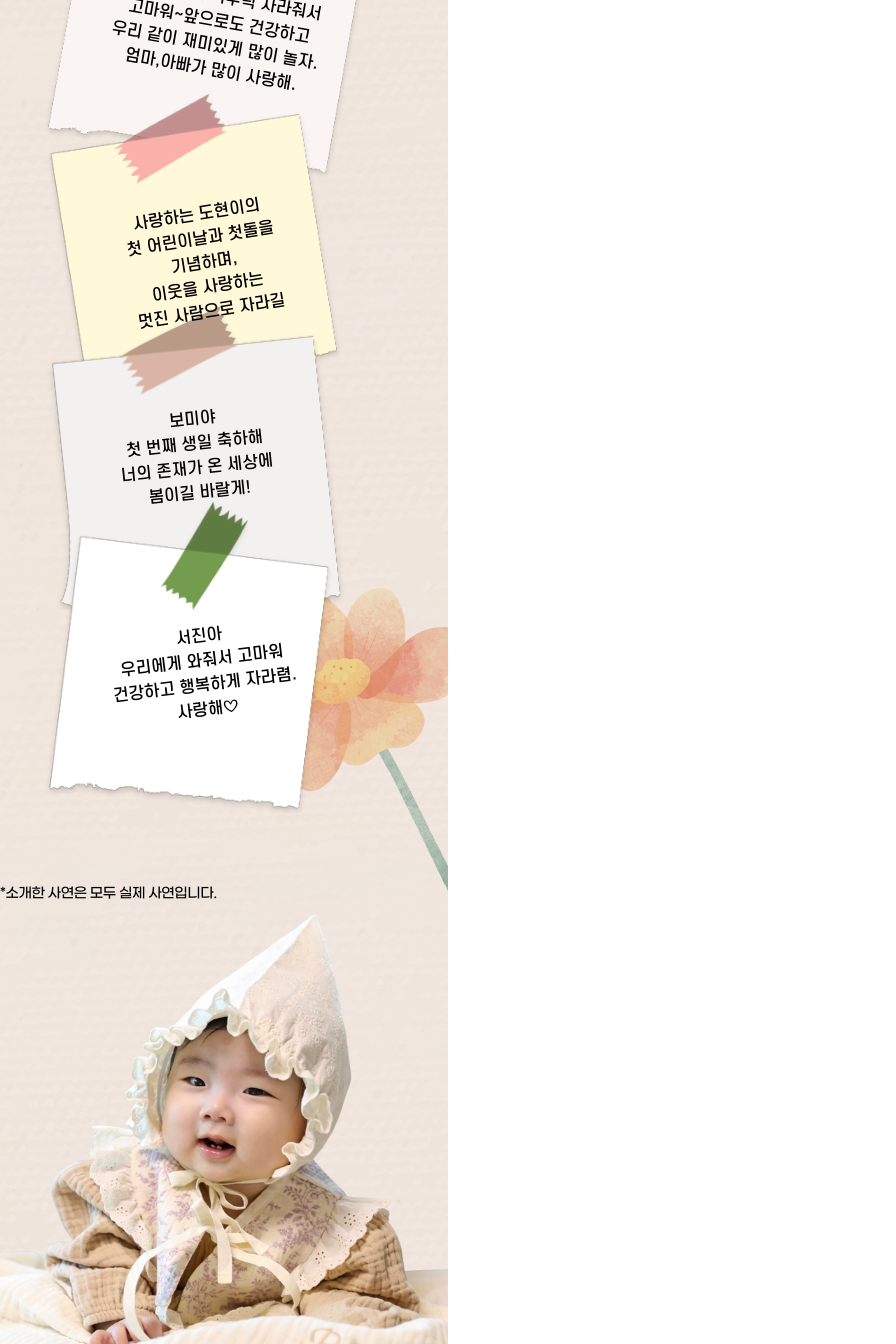
Repository: dlgywls1130/save_children_m
Page: index.html
An editor plug-in stored every save of this project. The page is shown before and after the next save, followed by the edit.
The browser window is 1280 px wide. The pictures show the part of the page from y = 1658 to 3578 px (the page is 9658 px tall), at 70% of full size.

Above is the page before, as saved 2023-12-13 19:10:14.

### index.html
<!DOCTYPE html>
<html lang="en">
<head>
    <meta charset="UTF-8">
    <meta name="viewport" content="width=device-width, initial-scale=1.0">
    <title>세이브더칠드런</title>

    <link rel="stylesheet" href="./css/reset.css">
    <link rel="stylesheet" href="./css/style.css">

</head>
<body>
    <div class="content_body">
        <section class="section_wrapper section01">
            <div class="se01 se_wrapper">
                <div class="se01_sub">
                    <div class="sub_logo">
                        <img src="./img/logo01.png" alt="logo">
                    </div>
                    <p>우리 아기 좋은 날 기부</p>
                </div>
                <p class="seo01_title">
                    아가야,
                </p>
                <p class="seo01_title_two">
                    너의 <span id="rollingText">탄생</span> 순간을 축하해!
                </p>
                <p class="section_descript mb-45">
                    아이의 건강과 행복을
                    <br>바라는 마음을 담아,
                    <br>탄생, 백일, 첫 걸음마, 첫돌 등
                    <br>내 아이의 소중한 순간을
                    <br>기부로 기념해보세요.
                    <br>함께 자라나는 다른 아이들
                    <br>에게도 큰 축복이 됩니다..
                </p>

                <a class="donation_link" href="javascript:void(0)">우리 아기 좋은 날 기부</a>
            </div>
        </section>
        <section class="section_wrapper section02">
            <div class="se02 se_wrapper">
                <div class="postit_wrapper">
                    <div class="postit postit01">
                        <p>우리 아들 우현이의<br>
                        200일을 축하해.<br>
                        건강하게 자라줘서 고마워 ❤<br>
                        늘 사랑받고 받은 사랑만큼<br>
                        베풀 수 있는 건강하고<br>
                        멋진 아들이 되길 바래!</p>
                    </div>
                    <div class="postit postit02">
                        <p>우리 새로아<Br>
                        백일 동안 무럭무럭 자라줘서<Br>
                        고마워~앞으로도 건강하고<Br>
                        우리 같이 재미있게 많이 놀자.<Br>
                        엄마,아빠가 많이 사랑해.</p>
                    </div>

                    <div class="postit postit05">
                        <p>사랑하는 도현이의<br>
                        첫 어린이날과 첫돌을<br>
                        기념하며, <br>
                        이웃을 사랑하는<br>
                        멋진 사람으로 자라길</p>

                    </div>
                    <div class="postit postit04">
                        <p>보미야<br>
                        첫 번째 생일 축하해<br>
                        너의 존재가 온 세상에<br>
                        봄이길 바랄게!   </p>
                    </div>

                    <div class="postit postit03">
                        <p>서진아<br>
                        우리에게 와줘서 고마워<br>
                        건강하고 행복하게 자라렴.<br>
                        사랑해♡      </p>
                    </div>

                </div>
                <p class="ex_text">*소개한 사연은 모두 실제 사연입니다.</p>

            </div>
        </section>
        <section class="section_wrapper section03">
            <div class="se_wrapper se03">
                <div class="se_title_co">
                    아기의 좋은 날을 기념해 주신 모든 분들께
                    <br>후원감사증서를 보내드립니다.
                </div>
                <div class="se_sub_co">
                    후원감사증서는 아기에게 남기고 싶은 메시지와 아기의 좋은 날이 담긴 사진을 보관할 수 있도록
                    <br>만들어드립니다. 먼 훗날, 아기가 성장해 읽게 될 날을 그리며 편지를 써보세요.
                </div>
            </div>

        </section>
        <section class="section_wrapper section04">
            <div class="se_wrapper se04">
                <div class="se_title_co">
                    이름 자수 순면거즈블랭킷
                </div>
                <div class="se_sub_co">
                    30만원 이상 후원하신 분들께는 순면 거즈 아기 블랭킷(90*110)에
                    <Br>원하시는 이름(영문)을 예쁘게 수놓아 드립니다.
                </div>

                <div class="se04_slide mt-85">
                    <div class="se04_slide_list">
                        <img src="./img/slide01.jpg">
                    </div>
                    <div class="se04_slide_list">
                        <img src="./img/slide02.jpg">
                    </div>
                    <div class="se04_slide_list">
                        <img src="./img/slide03.jpg">
                    </div>
                </div>
            </div>
        </section>
        <section class="section_wrapper section05">
            <div class="se_wrapper se05">
                <div class="se_title_co">
                    후원신청 과정
                </div>

                <div class="se_step_list">
                    <div class="se_step">
                        <p class="step_number">1</p>
                        <div class="step_ico">
                            <img src="./img/icon01.png" alt="img">
                        </div>
                        <p class="step_descript">
                            후원신청하기
                        </p>
                    </div>
                    <div class="se_step">
                        <p class="step_number">2</p>
                        <div class="step_ico">
                            <img src="./img/icon02.png" alt="img">
                        </div>
                        <p class="step_descript">
                            후원감사증서
                            <br>메시지 적기
                        </p>
                    </div>
                    <div class="se_step">
                        <p class="step_number">3</p>
                        <div class="step_ico">
                            <img src="./img/icon03.png" alt="img">
                        </div>
                        <p class="step_descript">
                            신청완료
                        </p>
                    </div>
                    <div class="se_step">
                        <p class="step_number">4</p>
                        <div class="step_ico">
                            <img src="./img/icon04.png" alt="img">
                        </div>
                        <p class="step_descript">
                            후원감사증서 발송
                            <Br>(1주 이내)
                        </p>
                    </div>
                </div>

                <div class="se_sub_co mt-100">
                    30만원 이상 후원해 주신 경우,
                    <br>감사 선물 수령 주소 및 아기 블랭킷에 새겨질 문구 확인을 위한 문자가 발송됩니다.
                </div>

                <a class="donation_link" href="javascript:void(0)">우리 아기 좋은 날 기부</a>
            </div>

        </section>
        <section class="section_wrapper section06">
            <div class="se_wrapper se06">
                <div class="se_title_co">
                    후원금, 이렇게 쓰여요!
                </div>
                <div class="se_sub_co">
                    세이브더칠드런은 <span>국내외 아동을 위한 교육,
                    <Br>보호, 보건영양지원, 아동권리옹호</span> 등의 활동을 해나가고 있습니다.
                </div>
                <div class="se_sub_co">
                    보내주신 후원금은 정치, 종교, 인종에 관계없이 모든 아이를 구해야 한다는
                    <Br>세이브더칠드런의 신념에 따라 <span>가장 도움 필요한 아이를 위해 우선 사용</span>됩니다.
                </div>
            </div>

        </section>
        <section class="section_wrapper section07">
            <div class="se_wrapper se07">
                <div class="se_title_co">
                    FAQ
                </div>
                <div class="accordion">
                    <div class="accordion-item">
                        <h3 class="title">
                            <span>1. 30만원 이상 후원했습니다. 거즈 순면 블랭킷은 언제 오나요?</span>
                            <img src="./img/top.png">
                        </h3>
                        <p class="paragraph">
                            우리아기 축하기부로 30만원 이상 후원자님들께는 담요에 수놓을 아기 이름과
                            <Br>선물 수령 주소 확인을 위한 문자가 발송됩니다.
                            <br>02-6900-4479로 발송되는 문자 속 설문조사에 답해주세요.
                            <br>확인을 완료하신 분들께는 블랭킷 제작을 담당하고 있는 조니 스튜디오에서
                            <br>아기 이름 자수 작업 완료 후 배송해 드립니다.

                        </p>
                    </div>
                    <div class="accordion-item">
                        <h3 class="title">
                            <span>2. 거즈 순면 블랭킷, 안전한 제품인가요?</span>
                            <img src="./img/top.png">
                        </h3>
                        <p class="paragraph">
                            본 블랭킷은 워싱된 3중 거즈로 제작되었으며, KC안전검사를 완료하였습니다.
                            소재 특성상 섬유 조각이 발생할 수 있어 망에 넣지 않고 3번 정도 물빨래 하시는 것을 권장합니다.

                        </p>
                    </div>
                    <div class="accordion-item">
                        <h3 class="title">
                            <span>3. 거즈 순면 블랭킷을 받았는 데 하자가 있어요. 어떻게 해야 하나요? </span>
                            <img src="./img/top.png">
                        </h3>
                        <p class="paragraph">
                            070-4220-4123 (조니스튜디오 CS)로 전화 연락 부탁드립니다. 하자 물품에 대한 교환은 수령일로부터 7일 이내에 조니스튜디오에 연락해주셔야 하며, 이로 인한 후원금 환불은 어렵습니다.
                        </p>
                    </div>
                    <div class="accordion-item">
                        <h3 class="title">
                            <span>4. 후원감사증서에 넣을 수 있는 사진 사이즈는 얼마인가요?</span>
                            <img src="./img/top.png">
                        </h3>
                        <p class="paragraph">
                            사진 인화 사이즈 5*7 인치에 맞추어서 제작되었습니다.  그보다 작은 사진일 경우, 후원감사증서
                            내부의 주머니에 넣어 보관하실 수도  있습니다.

                        </p>
                    </div>
                </div>
            </div>

        </section>
        <section class="section_wrapper section08">
            <div class="se_wrapper se08">
                <div class="se08_postion">
                    <p class="se08_title">우리 아기 좋은 날 기부</p>
                    <p class="se08_descript">
                        탄생, 백일, 첫 걸음마, 첫돌...
                        <br>소중한 우리 아기의 성장을 기념해 보세요!
                        <br>아기의 좋은 날이 모여 세상의 행복이 됩니다.
                    </p>
                    <a href="javascript:void(0)" class="more_btn">
                        <p>자세히보기</p>
                        <svg xmlns="http://www.w3.org/2000/svg" width="16" height="16" fill="currentColor" class="bi bi-chevron-right" viewBox="0 0 16 16">
                            <path fill-rule="evenodd" d="M4.646 1.646a.5.5 0 0 1 .708 0l6 6a.5.5 0 0 1 0 .708l-6 6a.5.5 0 0 1-.708-.708L10.293 8 4.646 2.354a.5.5 0 0 1 0-.708z"/>
                        </svg>
                    </a>
                </div>

            </div>
        </section>
    </div>

    <script src="https://ajax.googleapis.com/ajax/libs/jquery/1.12.4/jquery.min.js"></script>
    <script src="./js/main.js"></script>
</body>
</html>

### css/reset.css


html, body, div, span, applet, object, iframe,
h1, h2, h3, h4, h5, h6, p, blockquote, pre,
a, abbr, acronym, address, big, cite, code,
del, dfn, em, img, ins, kbd, q, s, samp,
small, strike, strong, sub, sup, tt, var,
b, u, i, center,
dl, dt, dd, ol, ul, li,
fieldset, form, label, legend,
table, caption, tbody, tfoot, thead, tr, th, td,
article, aside, canvas, details, embed,
figure, figcaption, footer, header, hgroup,
menu, nav, output, ruby, section, summary,
time, mark, audio, video {
	margin: 0;
	padding: 0;
	border: 0;
	font-size: 100%;
	font: inherit;
	vertical-align: baseline;
}

article, aside, details, figcaption, figure,
footer, header, hgroup, menu, nav, section {
	display: block;
}
body {
	line-height: 1;
}
ol, ul {
	list-style: none;
}
blockquote, q {
	quotes: none;
}
blockquote:before, blockquote:after,
q:before, q:after {
	content: '';
	content: none;
}
table {
	border-collapse: collapse;
	border-spacing: 0;
}

### css/style.css

/* root */
:root{
    --main-color:#B17A60;
    --pink-color:#F79497;
}


/* font */

/* dongle */
@font-face {
    font-family: 'Dongle';
    font-weight: 300;
    src: url('../font/Dongle-Light.ttf') format('ttf'),
    url('../font/Dongle-Light.woff') format('woff');
}

@font-face {
    font-family: 'Dongle';
    font-weight: 500;
    src: url('../font/Dongle-Regular.ttf') format('ttf'),
    url('../font/Dongle-Regular.woff') format('woff');
}

@font-face {
    font-family: 'Dongle';
    font-weight: 700;
    src: url('../font/Dongle-Bold.ttf') format('ttf'),
    url('../font/Dongle-Bold.woff') format('woff');
}


/* Gmarket */
@font-face {
    font-family: 'GmarketSans';
    font-weight: 300;
    src: url('../font/GmarketSansLight.ttf') format('ttf'),
    url('../font/GmarketSansLight.woff') format('woff');
}

@font-face {
    font-family: 'GmarketSans';
    font-weight: 500;
    src: url('../font/GmarketSansMedium.ttf') format('ttf'),
    url('../font/GmarketSansMedium.woff') format('woff');
}

@font-face {
    font-family: 'GmarketSans';
    font-weight: 700;
    src: url('../font/GmarketSansBold.ttf') format('ttf'),
    url('../font/GmarketSansBold.woff') format('woff');
}


/* nanumsqure */

@font-face {
    font-family: 'NanumSquare';
    font-weight: 400;
    src: url('../font/NanumSquareL.ttf') format('ttf'),
    url('../font/NanumSquareL.woff') format('woff');
}

@font-face {
    font-family: 'NanumSquare';
    font-weight: 500;
    src: url('../font/NanumSquareR.ttf') format('ttf'),
    url('../font/NanumSquareR.woff') format('woff');
}

@font-face {
    font-family: 'NanumSquare';
    font-weight: 600;
    src: url('../font/NanumSquareB.ttf') format('ttf'),
    url('../font/NanumSquareB.woff') format('woff');
}

@font-face {
    font-family: 'NanumSquare';
    font-weight: 700;
    src: url('../font/NanumSquareEB.ttf') format('ttf'),
    url('../font/NanumSquareEB.woff') format('woff');
}



/* scdream5 */
@font-face {
    font-family: 'SCDream5';
    src: url('../font/SCDream5.woff') format('woff'),
    url('../font/SCDream5.ttf') format('ttf'),
    url('../font/SCDream5.otf') format('otf');
}


.section_wrapper{
    max-width:1920px;
    width: 100%;

}

.se_wrapper{
    max-width: 640px;
    width: 100%;
    position: relative;
    box-sizing: border-box;
}


/* section01 */


.section01{
    background: url('../img/back01.jpg') no-repeat;
    height: 940px;

}

.se01{
    padding: 145px 10px 92px 60px;
    box-sizing: border-box;
}
.se01_sub{
    display: flex;
    align-items: center;
    margin-bottom: 70px;
}

.sub_logo{
    width: 125px;
    height: 40px;
    margin-right: 10px;
}

.sub_logo img{
    width: 100%;
    height: 100%;
    object-fit: contain;
}

.se01_sub p{
    width: 190px;
    height: 30px;
    background: #B17A60;
    border-radius: 15px;
    display: flex;
    align-items: center;
    justify-content: center;
    letter-spacing: -0.03em;
    font-size: 15px;
    font-weight: 700;
    font-family: 'GmarketSans',sans-serif;
    color: #fff;
}

.seo01_title{
    font-family: 'Dongle',sans-serif;
    font-weight: 500;
    font-size: 120px;
    color: var(--main-color);
    letter-spacing: -0.03em;
}

.seo01_title_two{
    font-family: 'Dongle',sans-serif;
    font-weight: 500;
    font-size: 90px;
    color: var(--main-color);
    letter-spacing: -0.03em;
    margin-top: -7%;
    margin-bottom: 50px;
    display: flex;
    align-items: center;
}

.seo01_title_two span{
    margin: 0 1.5rem;
}
.section_descript{
    font-size: 20x;
    line-height: 30px;
    font-family: 'GmarketSans';
    font-weight: 500;
    letter-spacing: -0.03em;
    color: #000;
}

.donation_link{
    width: 300px;
    height: 50px;
    border-radius: 100px;
    display: flex;
    align-items: center;
    justify-content: center;
    background: var(--pink-color);
    color: #fff;
    font-family: 'GmarketSans';
    font-size: 20px;
    font-weight: 700;
    letter-spacing: -0.03em;
    text-decoration: none;
    margin: 145px auto 0;
}


@keyframes roll {
    from {
        transform: translateY(40%);
        opacity: 0;
    }
    to {
        transform: translateY(0);
        opacity: 1;
    }
  }


  #rollingText.animate-text {
    animation: roll 0.5s ease-in-out;
}

/* section02 */

.section02{
    height: 2800px;
    background: url('../img/back02.jpg') no-repeat;
}

.se02{
    box-sizing: border-box;
    height: 100%;
}
.postit_wrapper{
    width: 100%;
    padding: 76px 60px 96px;
    position: relative;
}

.ex_text{
    font-family: 'GmarketSans';
    font-size: 20px;
    font-weight: 500;
    letter-spacing: -0.03em;
}


.postit p{
    font-family: 'SCDream5';
    font-size: 23px;
    line-height: 35px;
    text-align: center;
    display: flex;
    justify-content: center;
    align-items: center;
    height: 100%;
}

.postit01{
    background:url('../img/post04.png') no-repeat;
    width: 520px;
    height: 520px;
    background-size: contain;
    box-sizing: border-box;
}

.postit01 p{
    transform: rotate(358deg);
    padding-top: 20px;
}

.postit02{
    background: url('../img/post05.png') no-repeat;
    width: 510px;
    height: 510px;
    background-size: contain;
    box-sizing: border-box;
    margin-top: -19%;
}

.postit02 p{
    transform: rotate(10deg);
    padding-top: 20px;
}

.postit03{
    background:url('../img/post02.png') no-repeat;
    width: 459px;
    height: 459px;
    background-size: contain;
    box-sizing: border-box;
    margin-top: -25%;
}

.postit03 p{
    transform: rotate(-7deg);
    padding-top: 20px;
}

.postit04{
    background: url(../img/post03.png) no-repeat;
    width: 440px;
    height: 440px;
    background-size: cover;
    box-sizing: border-box;
    margin-top: -24%;
}

.postit04 p{
    transform: rotate(354deg);
}

.postit05{
    background:url('../img/post01.png') no-repeat;
    width: 460px;
    height: 460px;
    background-size: contain;
    box-sizing: border-box;
    margin-top: -22%;
}

.postit05 p{
    transform: rotate(-9deg);
    padding-top: 20px;
}

/* section03 */

.section03{
    height: 1340px;
    background: url('../img/back04.jpg') no-repeat;
}

.se03{
    padding: 123px 0 96px;
    box-sizing: border-box;
    height: 100%;
}


.se_title_co{
    font-size: 120px;
    line-height: 120px;
    letter-spacing: -0.03em;
    font-family: 'Dongle';
    font-weight: 500;
    color: var(--main-color);
    text-align: center;
}

.se_sub_co{
    font-size: 25px;
    letter-spacing: -0.03em;
    line-height: 50px;
    font-family: 'GmarketSans';
    font-weight: 500;
    text-align: center;
    margin-top: 50px;
}

/* section04 */

.section04{
    height: 1340px;
    background: url('../img/back05.jpg') no-repeat;
}

.se04{
    padding: 120px 0 130px;
    box-sizing: border-box;
    height: 100%;
}

.se04_slide{
    width: 944px;
    margin: 0 auto;
}


.slick-prev,
.slick-next {
    background: transparent;
    border: none;
    cursor: pointer;
    font-size: 0;
}

.slick-prev {

    width: 48px;
    height: 40px;
    position: absolute;
    left: -6%;
    top: 50%;
    transform: translateY(-50%);
    z-index: 1;
    background-size: contain;
}

.slick-next {

    width: 48px;
    height: 40px;
    position: absolute;
    right: -6%;
    top: 50%;
    transform: translateY(-50%);
    background-size: contain;
}

.slick-next  img,
.slick-prev img{
    width: 100%;
    height: 100%;
    object-fit: contain;
}

/* section05 */
.section05{
    height: 1080px;
    background: url('../img/back07.jpg') no-repeat;
}

.se05{
    padding: 150px 0 140px;
    box-sizing: border-box;
    height: 100%;
}

.se_step_list{
    display: flex;
    align-content: center;
    column-gap: 88px;
    margin-top: 90px;
    position: relative;
}

.se_step_list::after{
    position: absolute;
    content: '';
    top: 38%;
    transform: translate(0,-50%);
    border-top: 2px dashed var(--pink-color);
    width: 100%;
}

.se_step_list .se_step{
    position: relative;
}

.step_number{
    font-size: 25px;
    letter-spacing: -0.03em;
    line-height: 35px;
    font-weight: 700;
    font-family: 'GmarketSans';
    position: absolute;
    left: 19%;
    top: 0;
    color: var(--main-color);
    z-index: 2;
}

.se_step_list .se_step .step_ico{
    width: 200px;
    height: 200px;
    border-radius: 50%;
    background-color: #fff;
    display: flex;
    align-items: center;
    justify-content: center;
    position: relative;
    z-index: 1;
}

.se_step_list .se_step .step_ico img {
    width: 138px;
    height: 138px;
    object-fit: contain;
    object-position: 73%;
}

.step_descript{
    font-size: 20px;
    letter-spacing: -0.03em;
    line-height: 23px;
    font-weight: 500;
    font-family: 'GmarketSans';
    text-align: center;
    margin-top: 20px;
    color: var(--main-color);
}

.se_step_list .se_step:first-child .step_ico::before{
    display: none;
}

.se_step_list .se_step:last-child .step_ico::after{
    display: none;
}

.se_step_list .step_ico::before{
    position: absolute;
    content: '';
    top: 50%;
    left: -5px;
    transform: translate(0,-50%);
    width: 10px;
    height: 10px;
    border-radius: 50%;
    background-color: var(--pink-color);
}


.se_step_list .step_ico::after{
    position: absolute;
    content: '';
    top: 50%;
    right: -5px;
    transform: translate(0,-50%);
    width: 10px;
    height: 10px;
    border-radius: 50%;
    background-color: var(--pink-color);
}

/* section06 */
.section06{
    height:700px;
    background: url('../img/back06.jpg') no-repeat;
}

.se06{
    padding: 150px 0;
    height: 100%;
    box-sizing: border-box;
}


.se_sub_co span{
    font-weight: 700;
}
/* section07 */

.section07{
    height:1080px;
    background: url('../img/back02.jpg') no-repeat;
}

.se07{
    padding: 100px 0;
    height: 100%;
    box-sizing: border-box;
}


.accordion{
    margin-top: 80px;
}
.accordion-item {
    padding:15px 0;
    margin: 0;
    overflow: hidden;
}

.accordion-item .title {
    display: flex;
    justify-content: space-between;
    align-items: center;
    font-weight: 700;
    font-size: 30px;
    letter-spacing: -0.03em;
    cursor: pointer;
    width: 100%;
    height: 80px;
    border-radius: 50px;
    background-color: #fff;
    color: var(--main-color);
    padding: 0 30px;
    font-family: 'GmarketSans';
    box-sizing: border-box;
}

.accordion-item .title img {
    font-size: 0.9rem;
    color: #454545;
    transform: rotate(0);
    transition: transform 0.15s ease;
}

.accordion-item .paragraph {
    font-weight: 500;
    font-size: 25px;
    letter-spacing: -0.03em;
    color: #000;
    display: none;
    padding: 50px 70px 35px;
    list-style: inside;
    line-height: 50px;
    font-family: 'GmarketSans';
}

.accordion-item .paragraph .indent{
    text-indent: 1rem;
}


.accordion-item .paragraph span{
    font-weight: bold;
}

.accordion-item.active .title img{
    transform: rotate(180deg);
}

.accordion-item.active .paragraph {
    display: block;
}


/* section08 */

.section08{
    height:378px;
    background: url('../img/banner.jpg') no-repeat;
}
.se08{
    position: relative;
    height: 100%;
}

.se08_postion{
    position: absolute;
    top: 80px;
    left: 50%;
}

.se08_title{
    font-family: 'NanumSquare';
    font-weight: 600;
    font-size: 23px;
    letter-spacing: -0.05em;
    line-height: 50px;
    position: relative;
}

.se08_title::before{
    position: absolute;
    content: '';
    top: -7px;
    width: 32px;
    height: 3px;
    background-color:#543F2C;
    left: 0;
}

.se08_descript{
    font-family: 'NanumSquare';
    font-weight: 500;
    font-size: 19px;
    line-height: 28px;
    letter-spacing: -0.06em;
}

.more_btn{
    margin-top: 38px;
    width: 150px;
    height: 40px;
    background: #543F2C;
    display: flex;
    align-items: center;
    justify-content: center;
    text-decoration: none;
}

.more_btn p{
    font-family: 'NanumSquare';
    font-weight: 500;
    font-size: 18px;
    color: #fff;

}

.more_btn svg{
    fill: #fff;
}

Loaded but not shown: js/main.js (46 lines, source omitted)

After the next save:
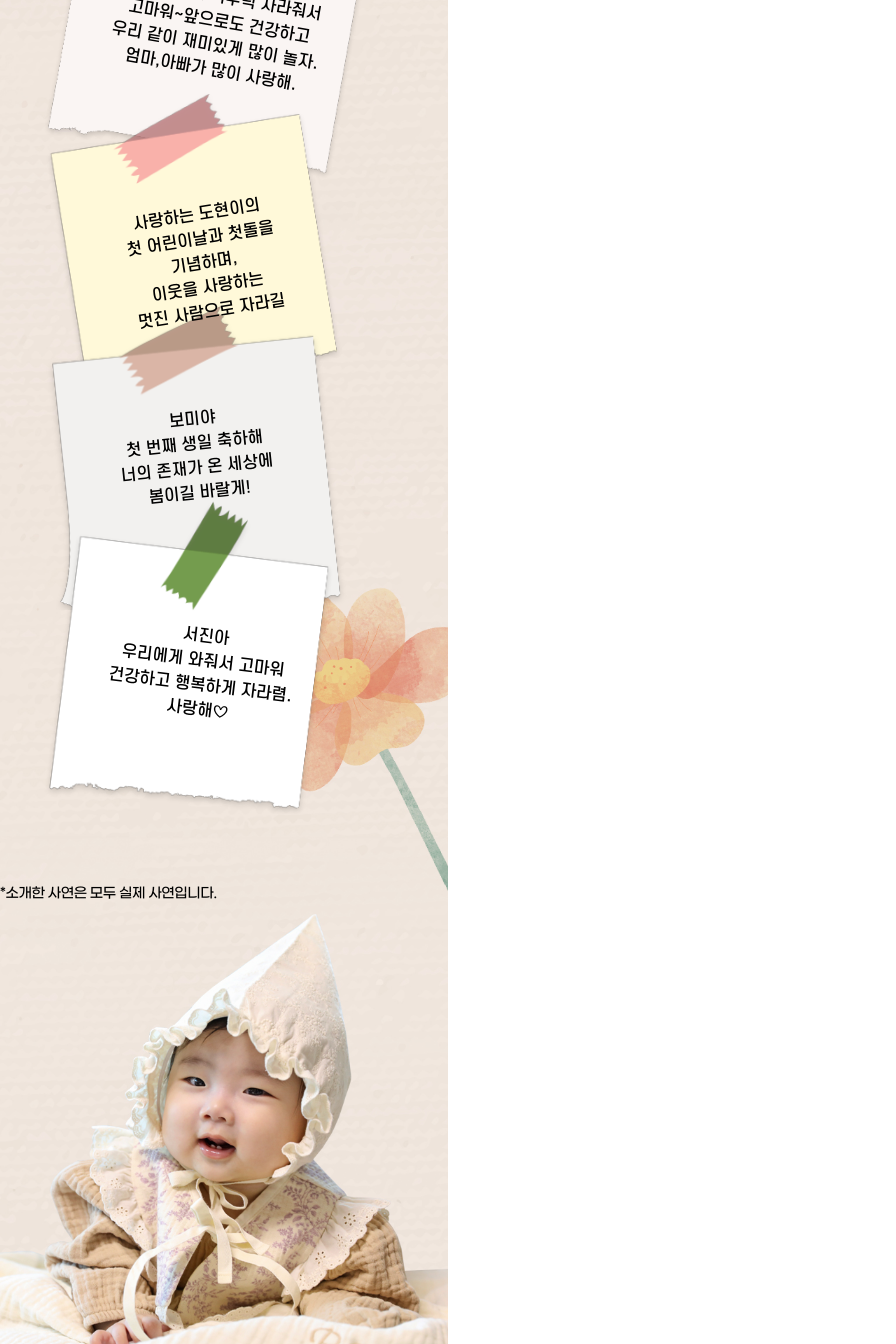
Saved 7 s later.
--- a/css/style.css
+++ b/css/style.css
@@ -294,7 +294,7 @@
 }
 
 .postit03 p{
-    transform: rotate(-7deg);
+    transform: rotate(7deg);
     padding-top: 20px;
 }
 
